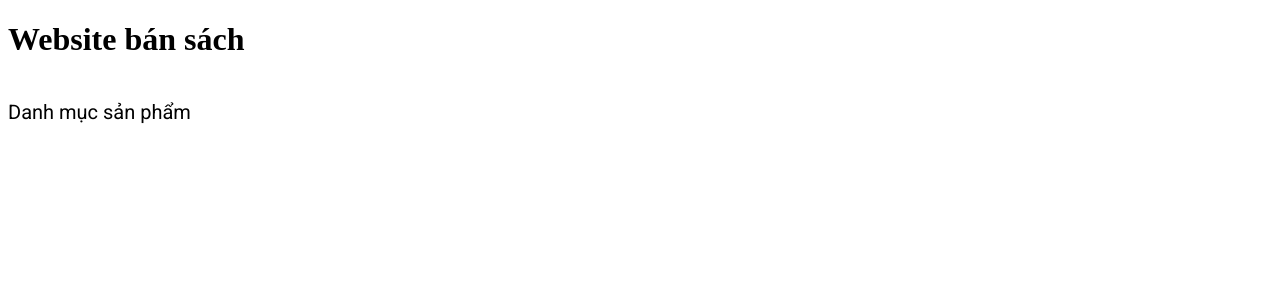
Repository: ThanhNghiadn03/Website-1-JSP-Servlet
Page: http://localhost/new-web-ban-sach/trang-chu
These files come from the project's save history. The page is drawn as it stood at one moment and after the next save; the edit follows.
The browser window is 1280 px wide. The pictures show the whole page.
The page is served by Tomcat 9. Other server files are loaded and not shown. Queries for data that is not in the repository find no rows.

Above is the page before, as saved 2023-04-25 16:14:50.

### Project/new-web-ban-sach/src/main/webapp/views/home/home.jsp
<%@ page language="java" contentType="text/html; charset=UTF-8"
	pageEncoding="UTF-8"%>
<%@ taglib uri="http://java.sun.com/jsp/jstl/core" prefix="c"%>
<!DOCTYPE html>
<html>
<head>
<meta charset="UTF-8">
<title>Trang chủ</title>

<link rel="stylesheet"
	href="http://localhost:8080/new-web-ban-sach/views/home/css/css-home.css">


</head>
<body>
	<h1>Website bán sách</h1>
	<!-- <div class="table-box">
		<table class="danhsach" border="1">
			<tr>
				<th>Tên sách</th>
				<th>Giá</th>
				<th>Giảm giá (%)</th>
				<th>Ảnh</th>
				<th>Ngày đăng bán</th>
				<th>Tác giả</th>
			</tr>
			<c:forEach varStatus="count" var="product" items="${listProduct}">
				<tr>
					<td><c:out value="${product.nameProduct}"></c:out></td>
					<td><c:out value="${product.price}"></c:out></td>
					<td><c:out value="${product.discount}"></c:out></td>
					<td><img alt="picture" src="<c:url value="${product.thumbnail}"/>"/></td>
					<td><c:out value="${product.createdAt}"></c:out></td>
					<td><c:out value="${product.tacgia}"></c:out></td>
				</tr>
			</c:forEach>
		</table>
	</div>
-->
	<div class="left-right">
		<div class="left-side">
			<p>Danh mục sản phẩm</p>
		</div>
		<div class="right-side">
			<c:forEach varStatus="count" var="product" items="${listProduct}">
				<div class="item">
					<img alt="thumbnail" src="<c:url value="${product.thumbnail}"/>"
						class="thumbnail-img">
					<p>
						<c:out value="${product.nameProduct}"></c:out>
					</p>
					<c:out value="${product.price}.000VND"></c:out>
					<c:out value="-${product.discount}%"></c:out>
				</div>
			</c:forEach>
		</div>
	</div>

</body>
</html>

### Project/new-web-ban-sach/src/main/java/controller/HomeController.java
package controller;

import java.io.IOException;
import java.util.ArrayList;
import java.util.List;

import javax.servlet.RequestDispatcher;
import javax.servlet.ServletException;
import javax.servlet.annotation.WebServlet;
import javax.servlet.http.HttpServlet;
import javax.servlet.http.HttpServletRequest;
import javax.servlet.http.HttpServletResponse;

import model.Product;
import service.Implement.ProductServiceImpl;
import service.Interfaces.CRUDProduct;

@WebServlet(urlPatterns = {"/trang-chu"})
public class HomeController extends HttpServlet{

	CRUDProduct productService = new ProductServiceImpl();

	private static final long serialVersionUID = 1L;

	protected void doGet(HttpServletRequest request, HttpServletResponse response) throws IOException,ServletException {
		showProduct(request,response);
	}

	protected void doPost(HttpServletRequest request, HttpServletResponse response) throws IOException, ServletException {

	}

	private void showProduct(HttpServletRequest request, HttpServletResponse response) {
		List<Product> listProduct = new ArrayList<Product>();
		listProduct = productService.findAll();
		request.setAttribute("listProduct", listProduct);
		try {
			request.getRequestDispatcher("views/home/home.jsp").forward(request, response);
		} catch (ServletException e) {
			// TODO Auto-generated catch block
			System.out.println("Servlet Exception");
		} catch (IOException e) {
			// TODO Auto-generated catch block
			System.out.println("IOException");
		}
	}

}

### Project/new-web-ban-sach/src/main/java/service/Implement/ProductServiceImpl.java
package service.Implement;

import java.util.List;

import model.Product;
import repository.Implement.ProductRepoImpl;
import repository.Interface.CRUDProductRepo;
import service.Interfaces.CRUDProduct;

public class ProductServiceImpl implements CRUDProduct{

	CRUDProductRepo productRepo = new ProductRepoImpl();

	public List<Product> findAll() {
		// TODO Auto-generated method stub
		return productRepo.findAll();
	}

	public void insert(Product t) {
		// TODO Auto-generated method stub

	}

	public void deleteById(int id) {
		// TODO Auto-generated method stub

	}

	public void edit(Product t) {
		// TODO Auto-generated method stub

	}

}

### Project/new-web-ban-sach/src/main/java/repository/Interface/CRUDRepository.java
package repository.Interface;

import java.util.List;

public interface CRUDRepository <T>{
	List<T> findAll();
	void insert(T t);
	void deleteById(int id);
	void edit(T t);
}

### Project/new-web-ban-sach/src/main/java/repository/Interface/CRUDProductRepo.java
package repository.Interface;

import model.Product;

public interface CRUDProductRepo extends CRUDRepository<Product> {

}

### Project/new-web-ban-sach/src/main/java/repository/Implement/ProductRepoImpl.java
package repository.Implement;

import java.sql.Connection;
import java.sql.PreparedStatement;
import java.sql.ResultSet;
import java.sql.SQLException;
import java.util.ArrayList;
import java.util.List;

import model.Product;
import repository.Interface.CRUDProductRepo;
import utils.ConnectionUtils;
import utils.ConstantProduct;

public class ProductRepoImpl implements CRUDProductRepo{

	public List<Product> findAll() {
		// TODO Auto-generated method stub
		List<Product> listProduct = new ArrayList<Product>();
		Connection connection = ConnectionUtils.getConnection();
		try {
			PreparedStatement preState = connection.prepareStatement(ConstantProduct.SELECT_ALL_PRODUCT);
			ResultSet rs = preState.executeQuery();
			while(rs.next()) {
				int idProduct = rs.getInt("id");
				String name = rs.getString("nameProduct");
				int price = rs.getInt("price");
				int discount = rs.getInt("discount");
				String thumbnail = rs.getString("thumbnail");
				String description = rs.getString("descriptions");
				String creDate = rs.getString("created_at");
				String upDate = rs.getString("updated_at");
				String nxb = rs.getString("nxb");
				String tacgia = rs.getString("tacgia");
				String loaibia = rs.getString("loaibia");
				int sotrang = rs.getInt("sotrang");
				int cateId = rs.getInt("categoryID");
				Product product = new Product(idProduct,name,price,discount,thumbnail,description,creDate,upDate,nxb,tacgia,loaibia, sotrang,cateId);
				listProduct.add(product);
			}
		} catch (SQLException e) {
			// TODO Auto-generated catch block
			System.out.println("SQLException");
		}

		return listProduct;
	}

	public void insert(Product t) {
		// TODO Auto-generated method stub

	}

	public void deleteById(int id) {
		// TODO Auto-generated method stub

	}

	public void edit(Product t) {
		// TODO Auto-generated method stub

	}

}

### Project/new-web-ban-sach/src/main/java/utils/ConnectionUtils.java
package utils;

import java.sql.Connection;
import java.sql.SQLException;
import java.sql.DriverManager;

public class ConnectionUtils {
	private static String jdbcURL = "jdbc:mysql://localhost:3306/trangwebbanhang?useSSL=false";
	private static String userName = "root";
	private static String password = "123456";
	public static Connection getConnection() {
		Connection connection = null;
			try {
				Class.forName("com.mysql.cj.jdbc.Driver");
			} catch (ClassNotFoundException e1) {
				// TODO Auto-generated catch block
				e1.printStackTrace();
				System.out.println("Class not found");
			}
			try {
				connection = DriverManager.getConnection(jdbcURL,userName, password);
			} catch (SQLException e) {
				// TODO Auto-generated catch block
				e.printStackTrace();
				System.out.println("SQLException");
			}
			System.out.println("Ket noi thanh cong");
		return connection;
	}

	public static void main(String[] args) {
		getConnection();
	}


}

### Project/new-web-ban-sach/src/main/webapp/views/home/css/css-home.css
@charset "ISO-8859-1";
@import url('https://fonts.googleapis.com/css2?family=Inter:wght@400;700&family=Montserrat:wght@400;700&family=Roboto:wght@400;700&display=swap');


.left-right {
    display: grid;
    grid-template-columns: 300px 4fr;
    font-family: 'Roboto', sans-serif;
    font-size: 20px;
}
.right-side {
    display: grid;
    grid-template-columns: 1fr 1fr 1fr 1fr;
    column-gap: 10px;
    row-gap: 20px;
}
.item {
    border: 1px solid;
    padding: 10px;
}

.thumbnail-img {
    width: 178px;
    height: 258px;
    object-fit: cover
}

After the next save:
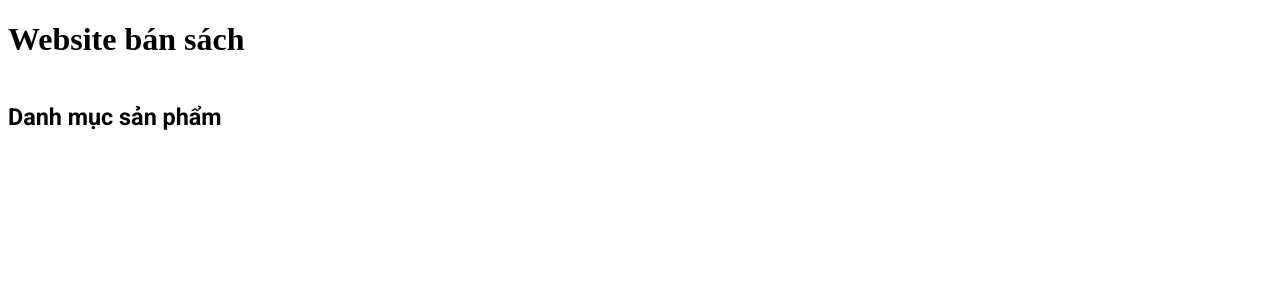
Saved 38 s later.
--- a/Project/new-web-ban-sach/src/main/webapp/views/home/home.jsp
+++ b/Project/new-web-ban-sach/src/main/webapp/views/home/home.jsp
@@ -39,7 +39,7 @@
 -->
 	<div class="left-right">
 		<div class="left-side">
-			<p>Danh mục sản phẩm</p>
+			<h3>Danh mục sản phẩm</h2>
 		</div>
 		<div class="right-side">
 			<c:forEach varStatus="count" var="product" items="${listProduct}">
